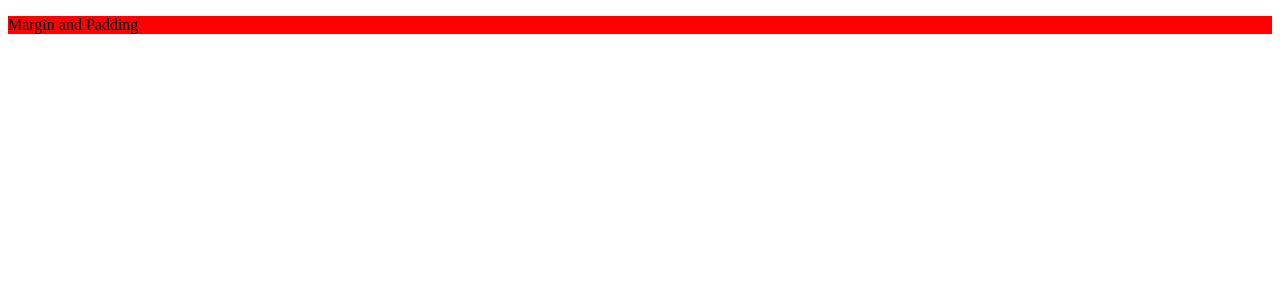
Repository: ntu34543/cut-landing-page-Figma
Page: home.html
An editor plug-in stored every save of this project. The page is shown before and after a run of saves, followed by the edit.
The browser window is 1280 px wide. The pictures show the whole page.

Above is the page before, as saved 2022-09-12 22:25:33.

### home.html
<!DOCTYPE html>
<html lang="en">

<head>
    <meta charset="UTF-8">
    <meta http-equiv="X-UA-Compatible" content="IE=edge">
    <meta name="viewport" content="width=device-width, initial-scale=1.0">
    <title>Document</title>
    <script type="module"
        src="https://unpkg.com/ionicons@5.5.2/dist/ionicons/ionicons.esm.js"></script>
    <script nomodule src="https://unpkg.com/ionicons@5.5.2/dist/ionicons/ionicons.js"></script>
    <style>
        .div1 {
            background-color: red;
            width: 200px;
            height: 200px;
            /* display: flex;
            align-items: center; */
        }

        .div2 {
            background-color: yellow;
            width: 100px;
            height: 100px;
            /* display: flex;
            align-items: center; */
        }

        .div3 {
            background-color: blue;
            width: 100px;
            height: 100px;
        }

        .div4 {
            background-color: pink;
            width: 50px;
            height: 50px;
            display: flex;
            align-items: center;
        }

        .div5 {
            background-color: black;
            width: 50px;
            height: 50px;
        }

        .div6 {
            background-color: red;
            width: 30px;
            height: 30px;
            display: flex;
            justify-content: center;
            align-items: center;
        }

        .div7 {
            background-color: black;
            width: 30px;
            height: 30px;
        }

        .div8 {
            background-color: white;
            width: 10px;
            height: 10px;
        }

        .div9 {
            background-color: purple;
            width: 10px;
            height: 10px;
        }

        .p {
            /* margin: 113px; */
            box-sizing: border-box;
            padding: 53px;
            background-color: red;
            width: 150px;
            height: 150px;
            border: 5px solid black;
        }

        /* Form focus */
        .form-input {
            padding: 0 20px;
            border: 1px solid #eee;
            border-radius: 4px;
            width: 100%;
            height: 50px;
            transition: 0.25s ease;
        }

        .form-input:focus {
            border-color: #6a5af9;
        }

        .form-field {
            top: 50px;
            position: relative;
        }

        .form-label {
            position: absolute;
            top: 50%;
            transform: translateY(-50%);
            left: 21px;
            user-select: none;
            color: #999;
            pointer-events: none;
            transition: 0.25s ease;
        }

        .form-input:not(:placeholder-shown)+.form-label,
        .form-input:focus+.form-label {
            top: 0;
            pad: 0 10px;
            display: inline-block;
            background-color: white;
            color: #6a5af9;
        }

        /* menu */
        .menu {
            margin-top: 80px;
            background-color: #18273b;
            padding: 50px 0 50px 15px;
            border-radius: 16px;
            width: 200px;
        }

        .menu-item {
            padding: 15px;
            border-radius: 12px 0 0 12px;
            display: block;
            color: white;
            font-size: 16px;
            cursor: pointer;
            position: relative;
            margin-bottom: 10px;
        }

        .menu-item.active::before {
            content: "";
            width: 20px;
            height: 20px;
            background-color: #18273b;
            position: absolute;
            top: 0;
            right: 0;
            border-radius: 50%;
            transform: translateY(-100%);
            box-shadow: 10px 10px 0 0 white;
        }

        .menu-item.active::after {
            content: "";
            width: 20px;
            height: 20px;
            background-color: #18273b;
            position: absolute;
            bottom: 0;
            right: 0;
            border-radius: 50%;
            transform: translateY(100%);
            box-shadow: 10px -10px 0 0 white;
        }

        .menu-item.active {
            background-color: #fff;
            color: #624FFC;
        }

        .menu-item span {
            display: inline-block;
            margin-left: 10px;
        }

        .des{
            /* padding: 13px;
            margin: 13px; */
            background-color: red;
        }
    </style>
</head>

<body>
    <p class="des">Margin and Padding</p>
    <!-- <div class="form-field">
        <input type="text" class="form-input" placeholder=" ">
        <label for="name" class="form-label">Name</label>
    </div> -->
    <!-- <ul class="menu">
        <li class="menu-item active">
            <ion-icon name="home-outline"></ion-icon>
            <span class="menu-text">Dashboard</span>
        </li>
        <li class="menu-item">
            <ion-icon name="bar-chart-outline"></ion-icon>
            <span class="menu-text">Report</span>
        </li>
        <li class="menu-item">
            <ion-icon name="people-outline"></ion-icon>
            <span class="menu-text">User</span>
        </li>
    </ul> -->
    <!-- <p class="p"></p> -->
    <!-- <div class="div1">
        <div class="div2">
            <div class="div4">
            </div>
            <div class="div5"></div>
        </div>
        <div class="div3"></div>
    </div> -->
    <!-- <div class="header-container">
        <img srcset="./images/logo.png 2x" alt="">
        <ul class="menu">
            <li class="menu-item">
                <a href="#" class="menu-link">About</a>
            </li>
            <li class="menu-item">
                <a href="#" class="menu-link">Features</a>
            </li>
            <li class="menu-item">
                <a href="#" class="menu-link">Pricing</a>
            </li>
            <li class="menu-item">
                <a href="#" class="menu-link">Testimonials</a>
            </li>
            <li class="menu-item">
                <a href="#" class="menu-link">Help</a>
            </li>
        </ul>
        <div class="header-auth">
            <a href="#" class="header-signin">Sign In</a>
            <a href="#" class="button button--outline" style="padding: 13px 44px;">Sign Up</a>
        </div>
    </div> -->
    <script>
        const menuItems = document.querySelectorAll(".menu-item");
        menuItems.forEach(item => item.addEventListener("click", function (event) {
            menuItems.forEach(el => el.classList.remove("active"));
            event.target.classList.add("active");
        }));
    </script>
</body>

</html>

After the next 2 saves:
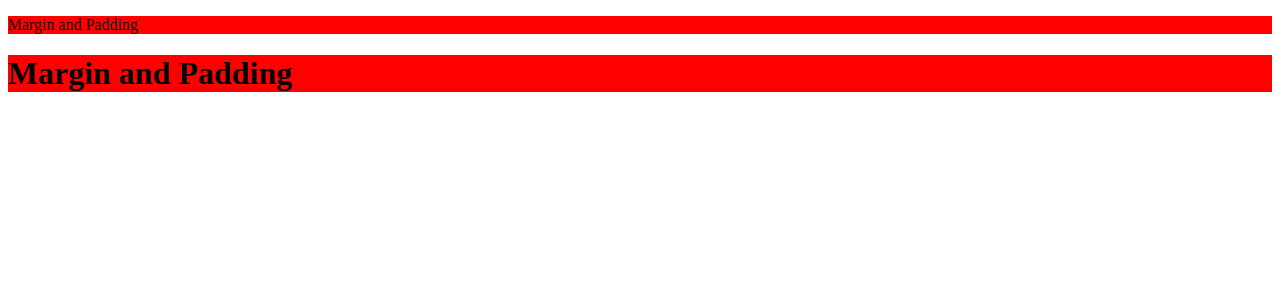
The 2 saves are shown as one change because they came seconds apart.
The last was saved 2 min 7 s later.
--- a/home.html
+++ b/home.html
@@ -188,6 +188,7 @@
 
 <body>
     <p class="des">Margin and Padding</p>
+    <h1 class="des">Margin and Padding</p>
     <!-- <div class="form-field">
         <input type="text" class="form-input" placeholder=" ">
         <label for="name" class="form-label">Name</label>
